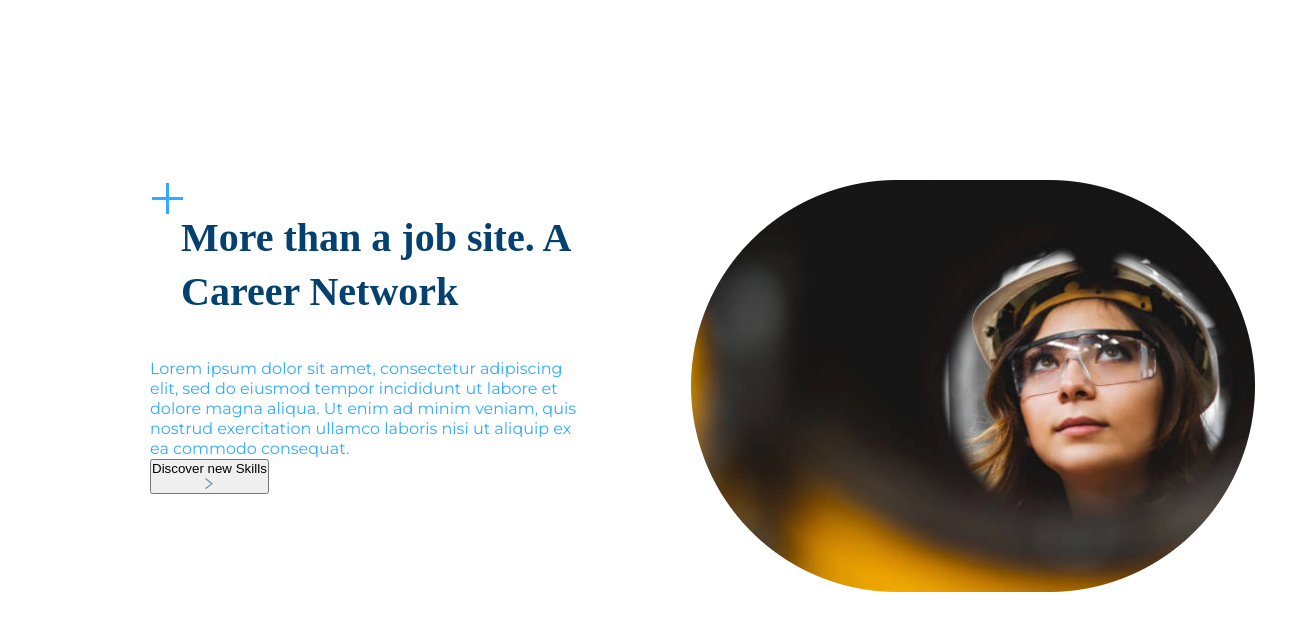
Repository: shekharyadav638/OSL_Assignment_1
Page: index.html
An editor plug-in stored every save of this project. The page is shown before and after the next save, followed by the edit.
The browser window is 1280 px wide. The page is 1290 px wide, so the pictures cover 1290 px, including what lies to the right of the window. The pictures show the whole page.
The style sheet was rebuilt from its Sass, Less or Tailwind sources for each picture, by a compiler version that may differ from the author's.

Above is the page before, as saved 2024-07-14 22:41:00.

### index.html
<!DOCTYPE html PUBLIC "-//W3C//DTD HTML 4.01 Transitional//EN" "http://www.w3.org/TR/html4/loose.dtd">
<html>
  <head>
    <meta http-equiv="Content-Type" content="text/html; charset=ISO-8859-1" />
    <title>Assignment 1</title>
    <link rel="stylesheet" href="style.css" />
    <link rel="preconnect" href="https://fonts.googleapis.com" />
    <link rel="preconnect" href="https://fonts.gstatic.com" crossorigin />
    <link
      href="https://fonts.googleapis.com/css2?family=Montserrat:ital,wght@0,100..900;1,100..900&display=swap"
      rel="stylesheet"
    />
  </head>
  <body>
    <!-- <header>
      <div class="header">
        <div class="header_left">
          <div class="header_left_logo"></div>
          <span class="header_left_title">Thinkin Blue</span>
        </div>
        <div class="header_right">
          <ul class="header_right_list">
            <li class="header_right_list_item">
              <a href="#">Home</a>
            </li>
            <li class="header_right_list_item"><a href="#">About Us</a></li>
            <li class="header_right_list_item"><a href="#">Work</a></li>
            <li class="header_right_list_item">
              <a href="#">ThinkinBlue Business</a>
            </li>
          </ul>
          <button class="header_right_btn">Login</button>
        </div>
      </div>
    </header>
    <section class="banner">
      <div class="banner_left">
       <p class="banner_left_text">The career network <br> for workers</p>
       <div class="banner_left_input">
        <input type="text" placeholder="Search Better Opportunites" class="banner_left_input_box"></input>
        <img src="img/location.svg" alt="location-icon" class="banner_left_input_icon">
       </div>
       <div class="banner_left_categories">
        <hr>
        <div class="banner_left_categories_title">100+ Job Opportunities</div>
        <div class="banner_left_categories_list">
          <div class="banner_left_categories_list_above">
            <div class="banner_left_categories_list_above_item"> Precision Production</div>
            <div class="banner_left_categories_list_above_item"> Helpers</div>
            <div class="banner_left_categories_list_above_item"> Front-line Supervisors</div>
            <div class="banner_left_categories_list_above_item"> Machine operators & Supervisors</div>
          </div>
          <div class="banner_left_categories_list_below">
            <div class="banner_left_categories_list_below_item"> Machine operators</div>
            <div class="banner_left_categories_list_below_item"> Handlers</div>
            <div class="banner_left_categories_list_below_item"> Transportation & moving occupations</div>
            <div class="banner_left_categories_list_below_item"> See all</div>
          </div>
        </div>
        <div >
          <button class="banner_left_categories_button">Join ThinkinBlue</button>
        </div>
       </div>
      </div>
      <div class="banner_right">
        <img src="img/banner_right.png" alt="banner_right" class="banner_right_img"></img>
      </div>
    </section>
    <section class="hiring">
      <div class="hiring_top">
        <div class="hiring_top_icon">
          <img src="img/plus_icon.svg" alt="plus_icon" />
        </div>
        <div class="hiring_top_heading">From the Community</div>
      </div>
      <div class="hiring_body">
        <div class="hiring_body_img">
          <img src="img/hiring.jpeg" alt="hiring" />
        </div>
        <div class="hiring_body_img">
          <img src="img/hiring.jpeg" alt="hiring" />
        </div>
        <div class="hiring_body_img">
          <img src="img/hiring.jpeg" alt="hiring" />
        </div>
        <div class="hiring_body_img">
          <img src="img/hiring.jpeg" alt="hiring" />
        </div>
      </div>
      <div class="hiring_footer">
        <div class="hiring_footer_slide">
          <div class="hiring_footer_slide_1"></div>
          <div class="hiring_footer_slide_2"></div>
          <div class="hiring_footer_slide_2"></div>
          <div class="hiring_footer_slide_2"></div>
        </div>
        <div class="hiring_footer_btn">
          <button>
            <div class="hiring_footer_btn_text">See more</div>
            <div class="hiring_footer_btn_icon">
              <img src="img/right_arrow.svg" alt="arrow" />
            </div>
          </button>
        </div>
      </div>
    </section>
    <section class="features">
      <div class="features_top">
        <div class="features_top_icon">
          <img src="img/plus_icon.svg" alt="plus_icon" />
        </div>
        <div class="features_top_heading">Features</div>
      </div>
      <div class="features_body">
        <div class="features_body_1">
          <div class="features_body_img">
            <img src="img/feature_1.png" alt="feature" />
          </div>
          <div class="features_body_text">Build Connections</div>
        </div>
        <div class="features_body_1">
          <div class="features_body_img">
            <img src="img/feature_2.png" alt="feature" />
          </div>
          <div class="features_body_text">Simple & Easy to Use</div>
        </div>
        <div class="features_body_1">
          <div class="features_body_img">
            <img src="img/feature_3.png" alt="feature" />
          </div>
          <div class="features_body_text">Built for Workers</div>
        </div>
        <div class="features_body_1">
          <div class="features_body_img">
            <img src="img/feature_4.png" alt="feature" />
          </div>
          <div class="features_body_text">Career Development</div>
        </div>
      </div>
    </section> -->
    <!-- <section class="group">
      <div class="group_top">
        <div class="group_top_icon">
          <img src="img/plus_icon.svg" alt="plus_icon" />
        </div>
        <div class="group_top_heading">Find a Group</div>
      </div>
      <div class="group_body">
        <div class="group_body_item">
          <div class="group_body_item_img"> <img src="img/group.png" alt="group" /></div>
          <div class="group_body_item_title">Front-line Supervisors</div>
          <div class="group_body_item_bottom">Front-line Supervisors</div>
          <div class="group_body_item_members">
            <img src="img/member.png" alt="member" class="group_body_item_members_img"></img>
            <div class="group_body_item_members_text">180 <span>users</span></div>
          </div>
          <button class="group_body_item_btn">CONNECT</button>
        </div>
        <div class="group_body_item">
          <div class="group_body_item_img"> <img src="img/group.png" alt="group" /></div>
          <div class="group_body_item_title">Front-line Supervisors</div>
          <div class="group_body_item_bottom">Front-line Supervisors</div>
          <div class="group_body_item_members">
            <img src="img/member.png" alt="member" class="group_body_item_members_img"></img>
            <div class="group_body_item_members_text">180 <span>users</span></div>
          </div>
          <button class="group_body_item_btn">CONNECT</button>
        </div>
        <div class="group_body_item">
          <div class="group_body_item_img"> <img src="img/group.png" alt="group" /></div>
          <div class="group_body_item_title">Front-line Supervisors</div>
          <div class="group_body_item_bottom">Front-line Supervisors</div>
          <div class="group_body_item_members">
            <img src="img/member.png" alt="member" class="group_body_item_members_img"></img>
            <div class="group_body_item_members_text">180 <span>users</span></div>
          </div>
          <button class="group_body_item_btn">CONNECT</button>
        </div>
        <div class="group_body_item">
          <div class="group_body_item_img"> <img src="img/group.png" alt="group" /></div>
          <div class="group_body_item_title">Front-line Supervisors</div>
          <div class="group_body_item_bottom">Front-line Supervisors</div>
          <div class="group_body_item_members">
            <img src="img/member.png" alt="member" class="group_body_item_members_img"></img>
            <div class="group_body_item_members_text">180 <span>users</span></div>
          </div>
          <button class="group_body_item_btn">CONNECT</button>
        </div>
      </div>
        <div class="group_footer_btn">
          <button>
            <div class="group_footer_btn_text">Explore Groups</div>
            <div class="group_footer_btn_icon">
              <img src="img/right_arrow.svg" alt="arrow" />
            </div>
          </button>
        </div>
      </div>
    </section> -->
    <!-- <section class="skills">
      <div class="skills_top">
        <div class="skills_top_icon">
          <img src="img/plus_icon.svg" alt="plus_icon" />
        </div>
        <div class="skills_top_heading">Update your Skills</div>
      </div>
      <div class="skills_body">
        <div class="skills_body_item">
          <div class="skills_body_item_title">Skill Name title long title (ABC)</div>
          <div class="skills_body_item_mid">
            <img src="img/path_7.svg" alt="member" class="group_body_item_mid_img"></img>
            <div class="skills_body_item_mid_text"><span>Recommended for you</span></div>
          </div>
          <div class="skills_body_item_para"><p>lorem ipsum doler set amet et color un seva doler set amet et color unacional.</p></div>
          <button class="skills_body_item_btn">CONNECT</button>
        </div>
        <div class="skills_body_item">
          <div class="skills_body_item_title">Skill Name title long title (ABC)</div>
          <div class="skills_body_item_mid">
            <img src="img/path_7.svg" alt="member" class="group_body_item_mid_img"></img>
            <div class="skills_body_item_mid_text"><span>Recommended for you</span></div>
          </div>
          <div class="skills_body_item_para"><p>lorem ipsum doler set amet et color un seva doler set amet et color unacional.</p></div>
          <button class="skills_body_item_btn">CONNECT</button>
        </div>
        <div class="skills_body_item">
          <div class="skills_body_item_title">Skill Name title long title (ABC)</div>
          <div class="skills_body_item_mid">
            <img src="img/path_7.svg" alt="member" class="group_body_item_mid_img"></img>
            <div class="skills_body_item_mid_text"><span>Recommended for you</span></div>
          </div>
          <div class="skills_body_item_para"><p>lorem ipsum doler set amet et color un seva doler set amet et color unacional.</p></div>
          <button class="skills_body_item_btn">CONNECT</button>
        </div>
        <div class="skills_body_item">
          <div class="skills_body_item_title">Skill Name title long title (ABC)</div>
          <div class="skills_body_item_mid">
            <img src="img/path_7.svg" alt="member" class="group_body_item_mid_img"></img>
            <div class="skills_body_item_mid_text"><span>Recommended for you</span></div>
          </div>
          <div class="skills_body_item_para"><p>lorem ipsum doler set amet et color un seva doler set amet et color unacional.</p></div>
          <button class="skills_body_item_btn">CONNECT</button>
        </div>
      </div>
        <div class="skills_footer_btn">
          <button>
            <div class="skills_footer_btn_text">Discover new Skills</div>
            <div class="skills_footer_btn_icon">
              <img src="img/right_arrow.svg" alt="arrow" />
            </div>
          </button>
        </div>
      </div>
    </section> -->
    <section class="career">
      <div class="career_left">
        <div class="career_left_top">
          <div class="career_left_top_icon">
            <img src="img/plus_icon.svg" alt="plus_icon" />
          </div>
          <div class="career_left_top_heading">
            More than a job site. A Career Network
          </div>
        </div>
        <div class="career_left_para">
          <p>
            Lorem ipsum dolor sit amet, consectetur adipiscing elit, sed do
            eiusmod tempor incididunt ut labore et dolore magna aliqua. Ut enim
            ad minim veniam, quis nostrud exercitation ullamco laboris nisi ut
            aliquip ex ea commodo consequat.
          </p>
        </div>
        <div class="career_left_btn">
          <button>
            <div class="career_left_btn_text">Discover new Skills</div>
            <div class="career_left_btn_icon">
              <img src="img/right_arrow.svg" alt="arrow" />
            </div>
          </button>
        </div>
      </div>
      <div class="career_right">
        <img src="img/career.png" alt="career" />
      </div>
    </section>
  </body>
</html>

### style.scss
* {
  margin: 0;
  padding: 0;
}
.body {
  width: 1440px;
  opacity: 1;
  overflow-x: hidden;
}

@import "header";
@import "banner";
@import "hiring";
@import "features";
@import "group";
@import "skills";
@import "career";

### header.scss
.header {
  background: transparent;
  position: fixed;
  display: flex;
  align-content: center;
  width: 1140px;
  height: 86px;
  opacity: 1;
  margin: 16px 150px;
  &_left {
    align-items: center;
    display: flex;
    opacity: 1;

    &_logo {
      width: 52px;
      height: 52px;
      background: #ffffff 0% 0% no-repeat padding-box;
      opacity: 1;
    }

    &_title {
      padding-left: 5px;
      text-align: left;
      font: normal normal bold 21px/28px Segoe UI;
      width: 113px;
      height: 28px;
      letter-spacing: 0px;
      color: #150303;
      opacity: 1;
    }
  }

  &_right {
    margin-left: 261px;
    align-items: center;
    display: flex;
    gap: 66px;
    &_list {
      list-style: none;
      display: flex;
      gap: 76px;
      align-items: center;

      &_item {
        text-align: left;
        font: normal normal normal 14px/11px Montserrat;
        letter-spacing: 0px;
        padding: 17px 0;
        color: #ffffff;
        opacity: 1;
      }
    }
    &_btn {
      background: #ffc832 0% 0% no-repeat padding-box;
      border-radius: 4px;
      opacity: 1;
      padding: 8px 33px;
      text-align: left;
      font: normal normal 600 18px Montserrat;
      letter-spacing: 0px;
      color: #05416e;
      opacity: 1;
    }
  }
}

.banner {
  &_img {
    width: 100%;
    height: 100%;
    background-position: center;
  }
}

### _hiring.scss
.hiring {
  margin: 180px 150px;
  margin-bottom: 0;

  &_top {
    display: flex;
    flex-direction: column;
    width: 411px;
    margin-bottom: 60px;
    &_icon {
      width: 36px;
      height: 36px;
    }

    &_heading {
      margin-left: 36px;
      width: 375px;
      height: 40px;
      font: normal normal bold 40px/54px Adobe Caslon Pro;
      letter-spacing: 0px;
      color: #000000;
      opacity: 1;
    }
  }

  &_body {
    display: flex;
    justify-content: space-between;
    &_img {
      & img {
        width: 276px;
        height: 308px;
        border-radius: 4px;
        opacity: 1;
      }
    }
  }

  &_footer {
    margin-top: 60px;

    &_slide {
      display: flex;
      width: 180px;
      height: 10px;
      justify-content: space-between;
      margin-left: 480px;
      &_1 {
        width: 32px;
        height: 6px;
        background: #32aaff 0% 0% no-repeat padding-box;
        border-radius: 2px;
        opacity: 1;
      }
      &_2 {
        width: 32px;
        height: 6px;
        background: #05416e 0% 0% no-repeat padding-box;
        border-radius: 2px;
        opacity: 1;
      }
    }

    &_btn {
      margin-top: 20px;
      display: flex;
      align-items: center;
      justify-content: center;

      & button {
        width: 159px;
        height: 40px;
        background: #ffffff 0% 0% no-repeat padding-box;
        border: 1px solid #05416e;
        border-radius: 4px;
        opacity: 1;
        padding-left: 20px;
        padding-right: 20px;
        padding-top: 8.47px;
        display: flex;
        justify-content: space-between;
      }
      &_text {
        width: 88px;
        height: 22px;
        font: normal normal 600 18px/17px Montserrat;
        letter-spacing: 0px;
        color: #05416e;
      }
      &_icon {
        width: 16px;
        height: 16px;
      }
    }
  }
}

### _features.scss
.features {
  margin: 180px 150px;
  margin-bottom: 0;

  &_top {
    display: flex;
    flex-direction: column;
    width: 411px;
    margin-bottom: 60px;
    &_icon {
      width: 31px;
      height: 31px;
    }

    &_heading {
      margin-left: 36px;
      width: 144px;
      height: 40px;
      font: normal normal bold 40px/54px Adobe Caslon Pro;
      letter-spacing: 0px;
      color: #000000;
      opacity: 1;
    }
  }

  &_body {
    display: flex;
    justify-content: space-between;

    &_1 {
      width: 270px;
      height: 308px;
      background: #f5f5f5 0% 0% no-repeat padding-box;
      border-radius: 4px;
      opacity: 1;
    }

    &_img {
      margin-top: 50px;
      width: 110px;
      height: 110px;
      margin-left: 79px;
    }

    &_text {
      margin-top: 25px;
      text-align: center;
      font: normal normal bold 25px/30px Montserrat;
      letter-spacing: 0px;
      color: #05416e;
      opacity: 1;
      padding: 0px 52px;
    }
  }
}

### _group.scss
.group {
  margin: 180px 150px;
  margin-bottom: 0;

  &_top {
    display: flex;
    flex-direction: column;
    width: 411px;
    margin-bottom: 60px;
    &_icon {
      width: 36px;
      height: 36px;
    }

    &_heading {
      margin-left: 36px;
      width: 375px;
      height: 40px;
      font: normal normal bold 40px/54px Adobe Caslon Pro;
      letter-spacing: 0px;
      color: #000000;
      opacity: 1;
    }
  }

  &_body {
    display: flex;
    justify-content: space-between;

    &_item {
      height: 308px;
      width: 270px;
      &_img {
        & img {
          width: 270px;
          height: 153px;
          border-radius: 4px 4px 0px 0px;
          opacity: 1;
        }
      }
      &_title {
        width: 209px;
        height: 22px;
        font: normal normal bold 16px/24px Montserrat;
        letter-spacing: 0px;
        color: #000000;
        opacity: 1;
        margin-top: 15px;
      }

      &_bottom {
        height: 13px;
        font: normal normal normal 10px Montserrat;
        letter-spacing: 0px;
        color: #d0b6b6;
        opacity: 1;
      }

      &_members {
        margin-top: 15px;
        margin-bottom: 16px;
        display: flex;
        align-items: center;
        &_img {
          width: 23px;
          height: 24px;
          border: 1px solid #ffffff;
          opacity: 1;
        }

        &_text {
          margin-left: 4px;
          height: 13px;
          font: normal normal 600 10px/13px Montserrat;
          text-align: left;
          letter-spacing: 0px;
          color: #000000;
          opacity: 1;
          & span {
            font: normal normal normal 10px/13px Montserrat;
          }
        }
      }

      &_btn {
        border: 1px solid #ebebeb;
        border-radius: 0px 0px 4px 4px;
        padding: 14px 0;
        padding-left: 89px;
        width: 270px;
        height: 50px;
        text-align: left;
        font: normal normal bold 18px/24px Montserrat;
        letter-spacing: 0px;
        color: #32aaff;
        opacity: 1;
      }
    }
  }

  &_footer {
    &_btn {
      margin-top: 60px;
      display: flex;
      align-items: center;
      justify-content: center;

      & button {
        width: 215px;
        height: 40px;
        background: #ffffff 0% 0% no-repeat padding-box;
        border: 1px solid #05416e;
        border-radius: 4px;
        opacity: 1;
        padding-left: 20px;
        padding-right: 20px;
        align-items: center;
        display: flex;
        justify-content: space-between;
      }
      &_text {
        font: normal normal 600 18px/17px Montserrat;
        letter-spacing: 0px;
        color: #05416e;
        width: 142px;
        height: 22px;
      }
      &_icon {
        margin-left: 15px;
        width: 17px;
        height: 16px;
      }
    }
  }
}

### _skills.scss
.skills {
  margin: 180px 150px;
  margin-bottom: 0;
  height: 308px;
  width: 270px;

  &_top {
    display: flex;
    flex-direction: column;
    width: 411px;
    margin-bottom: 60px;
    &_icon {
      width: 36px;
      height: 36px;
    }

    &_heading {
      margin-left: 36px;
      width: 375px;
      height: 40px;
      font: normal normal bold 40px/54px Adobe Caslon Pro;
      letter-spacing: 0px;
      color: #000000;
      opacity: 1;
    }
  }

  &_body {
    display: flex;
    gap: 19px;

    &_item {
      background-color: #32aaff;
      padding-top: 20px;
      &_title {
        padding-left: 20px;
        width: 207px;
        height: 60px;
        text-align: left;
        font: normal normal bold 25px/30px Montserrat;
        letter-spacing: 0px;
        color: #f5f5f5;
        opacity: 1;
      }

      &_mid {
        margin-top: 30px;
        margin-left: 20px;
        display: flex;
        &_img {
          width: 15px;
          height: 20px;
        }
        &_text {
          margin-left: 5px;
          text-align: left;
          font: normal normal normal 12px/15px Montserrat;
          letter-spacing: 0px;
          color: #ffffff;
          opacity: 1;
        }
      }

      &_para {
        margin: 30px 20px;
        width: 230px;
        height: 64px;
        text-align: left;
        font: normal normal normal 14px/16px Montserrat;
        letter-spacing: 0px;
        color: #ffffff;
        opacity: 1;
      }

      &_btn {
        margin: 0 4px;
        margin-bottom: 4px;
        background: transparent 0% 0% no-repeat padding-box;
        box-shadow: 0px 3px 6px #00000029;
        border: 1px solid #ffffff;
        border-radius: 4px;
        padding: 14px 0;
        padding-left: 89px;
        width: 270px;
        height: 50px;
        text-align: left;
        font: normal normal bold 18px/24px Montserrat;
        letter-spacing: 0px;
        color: #ffffff;
        opacity: 1;
      }
    }
  }

  &_footer {
    &_btn {
      margin-top: 60px;
      margin-left: 593px;
      display: flex;
      align-items: center;
      justify-content: center;

      & button {
        width: 254px;
        height: 40px;
        background: #ffffff 0% 0% no-repeat padding-box;
        border: 1px solid #05416e;
        border-radius: 4px;
        opacity: 1;
        padding-left: 20px;
        padding-right: 20px;
        align-items: center;
        display: flex;
        justify-content: space-between;
      }
      &_text {
        font: normal normal 600 18px/17px Montserrat;
        letter-spacing: 0px;
        color: #05416e;
        width: 180px;
        height: 22px;
      }
      &_icon {
        margin-left: 15px;
        width: 17px;
        height: 16px;
      }
    }
  }
}

### _career.scss
.career {
  margin: 180px 150px;
  margin-bottom: 0;
  height: 412px;
  width: 1140px;
  display: flex;

  &_left {
    margin-right: 108px;
    display: flex;
    flex-direction: column;
    &_top {
      display: flex;
      flex-direction: column;
      &_icon {
        width: 31px;
        height: 31px;
      }

      &_heading {
        margin-left: 31px;
        width: 402px;
        height: 98px;
        font: normal normal bold 40px/54px Adobe Caslon Pro;
        letter-spacing: 0px;
        color: #05416e;
        opacity: 1;
      }
    }

    &_para {
      padding-top: 50px;
      width: 432px;
      height: 100px;
      & p {
        text-align: left;
        font: normal normal normal 16px/20px Montserrat;
        letter-spacing: 0px;
        color: #32aaff;
      }
    }
  }

  &_right {
    width: 564px;
    height: 412px;
  }
}

Loaded but not shown: _banner.scss (142 lines, source omitted)

After the next save:
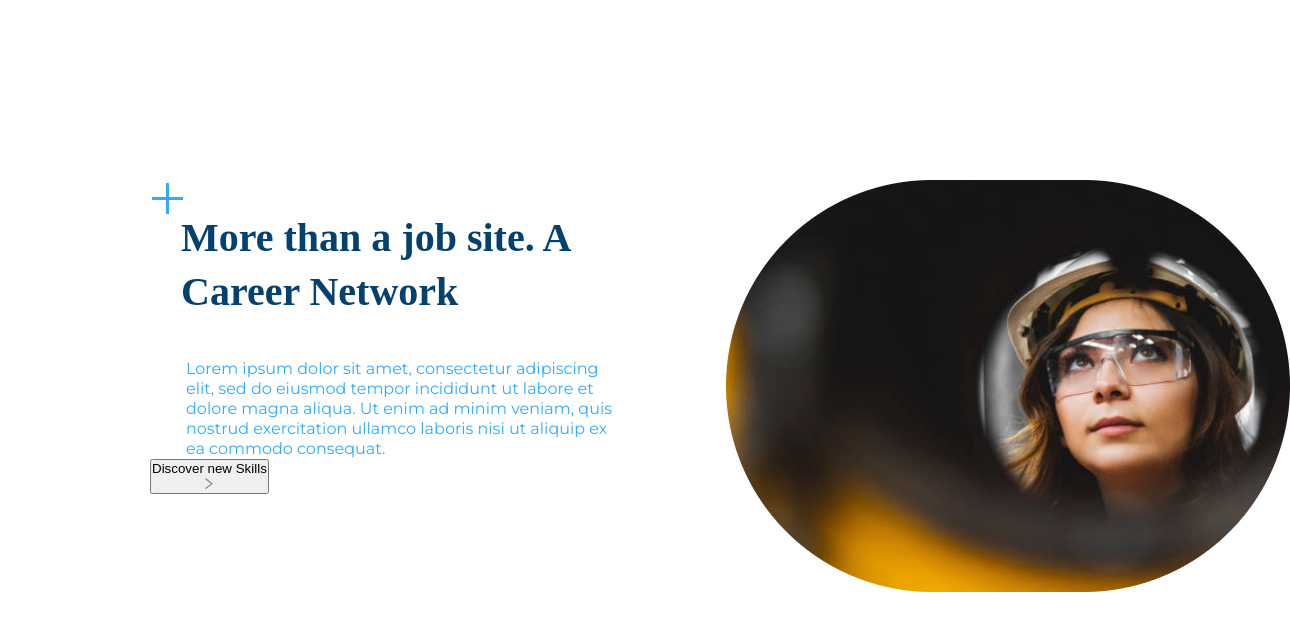
Saved 27 s later.
--- a/_career.scss
+++ b/_career.scss
@@ -30,6 +30,7 @@
 
     &_para {
       padding-top: 50px;
+      padding-left: 36px;
       width: 432px;
       height: 100px;
       & p {
